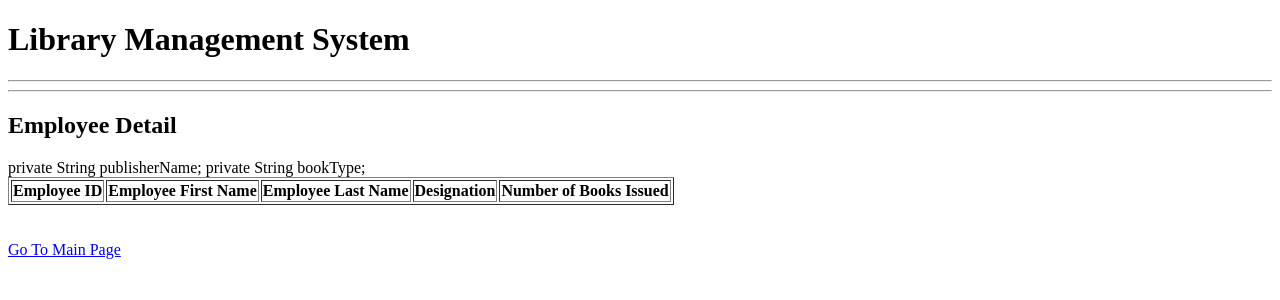
Repository: Sanketh-Binary/Library-Management-System-Spring
Page: http://localhost/ShowAllBooks
These files come from the project's save history. The page is drawn as it stood at one moment and after the next save; the edit follows.
The browser window is 1280 px wide. The pictures show the whole page.
The page is this project's Thymeleaf template; nobody is signed in. The template is opened directly, without the code that normally fills it, so the values that code supplies are empty.

Above is the page before, as saved 2022-08-15 16:43:27.

After the next save:
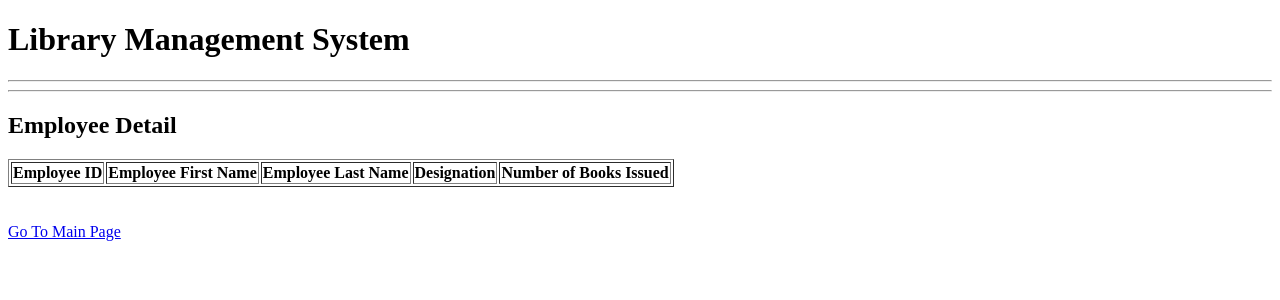
Saved 42 s later.
--- a/lms-spring-group-project/src/main/resources/templates/ShowAllBooks.html
+++ b/lms-spring-group-project/src/main/resources/templates/ShowAllBooks.html
@@ -18,12 +18,7 @@
         <th>Designation</th>
         <th>Number of Books Issued</th>
 
-
-
-    private String publisherName;
-    private String bookType;
-
-    </tr>
+        </tr>
     <tr th:each="book : ${bookList}">
         <td th:text="${book.bookNumber}"></td>
         <td th:text="${book.bookName}"></td>
